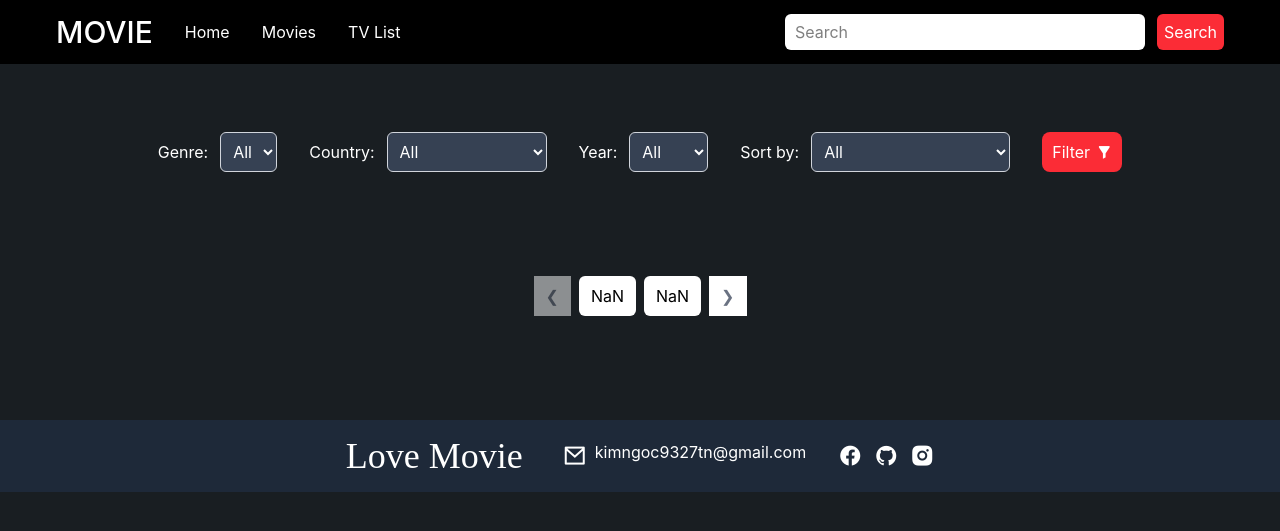
Repository: kimngoc9327/Love_Movie_Project
Page: /movieCategory
The author's editor kept a copy of each file at every save. The page is drawn from the files as they stood at one save, then again after the next save.
The browser window is 1280 px wide. The pictures show the whole page.
The page's requests for data from a server got no answer. The project was rebuilt for these pictures with package versions that can differ from the ones it lists, and the page was loaded fresh each time. No one was signed in, and anything a server would have sent is missing. Also part of the build but not shown: vite.config.js, src/components/ui/VoteAverage.jsx, src/components/ui/MovieCard.jsx, src/components/ui/MovieList.jsx, src/components/ui/Banner.jsx, src/pages/Home.jsx, src/components/ui/PlayTrailerButton.jsx, src/utils/formatTime.jsx and 8 more.

Above is the page before, as saved 2025-03-30 00:11:00.

### index.html
<!DOCTYPE html>
<html lang="en">
  <head>
    <meta charset="UTF-8" />
    <link rel="icon" type="image/svg+xml" href="/love-movie-logo.ico" />
    <meta name="viewport" content="width=device-width, initial-scale=1.0" />
    <title>Love Movie</title>
  </head>
  <body>
    <div id="root"></div>
    <script type="module" src="/src/main.jsx"></script>
  </body>
</html>

### src/main.jsx
import { createRoot } from "react-dom/client";
import "./index.css";
import App from "./App.jsx";
import { store } from "./redux/store";
import { Provider } from "react-redux";
import { BrowserRouter } from "react-router-dom";
import ScrollToTop from "./components/ScrollToTop.jsx";

createRoot(document.getElementById("root")).render(
  <BrowserRouter>
    <ScrollToTop />
    <Provider store={store}>
      <App />
    </Provider>
  </BrowserRouter>
);

### src/index.css
@import "tailwindcss";
@import "remixicon/fonts/remixicon.css";

:root {
  font-family: Inter, system-ui, Avenir, Helvetica, Arial, sans-serif;
  background-color: #171c20fc;
}

/* a {
  font-weight: 500;
  color: #646cff;
  text-decoration: inherit;
}
a:hover {
  color: #535bf2;
}

body {
  margin: 0;
  display: flex;
  place-items: center;
  min-width: 320px;
  min-height: 100vh;
}

h1 {
  font-size: 3.2em;
  line-height: 1.1;
}

button {
  border-radius: 8px;
  border: 1px solid transparent;
  padding: 0.6em 1.2em;
  font-size: 1em;
  font-weight: 500;
  font-family: inherit;
  background-color: #1a1a1a;
  cursor: pointer;
  transition: border-color 0.25s;
}
button:hover {
  border-color: #646cff;
}
button:focus,
button:focus-visible {
  outline: 4px auto -webkit-focus-ring-color;
}

@media (prefers-color-scheme: light) {
  :root {
    color: #213547;
    background-color: #ffffff;
  }
  a:hover {
    color: #747bff;
  }
  button {
    background-color: #f9f9f9;
  }
} */

### src/App.jsx
import { Route, Routes } from "react-router-dom";
import publicRoutes from "./routes";
import DefaultLayout from "./components/layout/DefaultLayout";
import { Fragment } from "react";
function App() {
  return (
    <>
      <Routes>
        {publicRoutes.map((route, index) => {
          const Page = route.component;
          let Layout = DefaultLayout;
          if (route.layout) {
            Layout = route.layout;
          } else if (route.layout === null) {
            Layout = Fragment;
          }
          return (
            <Route
              key={index}
              path={route.path}
              element={
                <Layout>
                  <Page />
                </Layout>
              }
            />
          );
        })}
      </Routes>
    </>
  );
}

export default App;

### src/redux/store.jsx
import { createStore, applyMiddleware } from "redux";
import { rootReducer } from "./rootReducer";
import { thunk } from "redux-thunk";

const store = createStore(rootReducer, applyMiddleware(thunk));

export { store };

### src/components/ScrollToTop.jsx
import { useEffect } from "react";
import { useLocation } from "react-router-dom";

const ScrollToTop = () => {
  const { pathname, search } = useLocation(); // Lắng nghe cả pathname và search

  useEffect(() => {
    window.scrollTo({ top: 0, left: 0, behavior: "smooth" });
  }, [pathname, search]); // Khi pathname hoặc search thay đổi, cuộn lên đầu

  return null;
};

export default ScrollToTop;

### src/routes/index.jsx
import DefaultLayout from "../components/layout/DefaultLayout";
import Home from "../pages/Home";
import MovieCategory from "../pages/MovieCategory";
import Movie from "../pages/Movie";
import MovieGenre from "../pages/MovieGenre";
import SearchMovie from "../pages/SearchMovie";
// import SearchMovie from "../pages/SearchMovie";

const publicRoutes = [
  { path: "/", component: Home, layout: DefaultLayout },
  { path: "/genre", component: MovieGenre, layout: DefaultLayout },
  { path: "/movieCategory", component: MovieCategory, layout: DefaultLayout },
  { path: "/movie", component: Movie, layout: DefaultLayout },
  { path: "/search", component: SearchMovie, layout: DefaultLayout },
];

export default publicRoutes;

### src/components/layout/DefaultLayout.jsx
import Header from "./Header";
import Footer from "./Footer";
import PropTypes from "prop-types";

function DefaultLayout({ children }) {
  return (
    <div>
      <Header />
      <div>{children}</div>
      <Footer />
    </div>
  );
}

DefaultLayout.propTypes = {
  children: PropTypes.any,
};

export default DefaultLayout;

### src/redux/rootReducer.jsx
import { combineReducers } from "redux";
import movieReducer from "./reducer/movieReducer";

export const rootReducer = combineReducers({
  movieReducer,
});

### src/pages/MovieCategory.jsx
import { useEffect, useState } from "react";
import { useDispatch, useSelector } from "react-redux";
import { useLocation, useNavigate } from "react-router-dom";
import { getMovies } from "../redux/actions/movieActions";
import MovieCard from "../components/ui/MovieCard";
import { POSTER_PATH } from "../constants/constants";
import PaginationButton from "../components/ui/PaginationButton";
import MovieFilterBar from "../components/ui/MovieFilterBar";
import Notice from "../components/ui/Notice";

function MovieCategory() {
  const dispatch = useDispatch();
  const location = useLocation();
  const navigate = useNavigate();
  const queryParams = new URLSearchParams(location.search);
  const category = queryParams.get("category");
  const movies = useSelector((state) => state.movieReducer.movies[category]);
  const [page, setPage] = useState(1);

  useEffect(() => {
    if (category) {
      const params = {
        page: page,
      };
      dispatch(getMovies(category, params));
    }
  }, [dispatch, category, page]);

  const totalPages = movies?.total_pages;

  const handleSelectMovie = (id) => {
    navigate(`/movie?id=${id}`);
  };

  return (
    <div>
      <Notice />
      <div className="flex flex-col items-center m-24">
        <MovieFilterBar />
        <div className="grid grid-cols-4 gap-8  my-12">
          {movies?.results
            ?.filter((movie) => movie.title && movie.poster_path)
            .map((movie) => (
              <div onClick={() => handleSelectMovie(movie?.id)} key={movie.id}>
                <MovieCard
                  title={movie?.title}
                  poster={POSTER_PATH + movie?.poster_path}
                  vote={Number(movie?.vote_average.toFixed(2))}
                />
              </div>
            ))}
        </div>
        <PaginationButton
          currentPage={page}
          onPageChange={setPage}
          totalPages={totalPages}
        />
      </div>
    </div>
  );
}

export default MovieCategory;

### src/components/layout/Header.jsx
import { Link } from "react-router-dom";
import MovieDropdown from "../ui/MovieDropdown";
import SearchInput from "../ui/SearchInput";

const Header = () => {
  return (
    <div className="flex fixed z-50 w-screen top-0 items-center text-white p-[24px] h-[64px] bg-black">
      <div className="flex space-x-8 items-center ml-8">
        <Link to="/">
          <p className="hover:text-red-500 font-medium text-3xl">MOVIE</p>
        </Link>
        <Link to="/">
          <p className="hover:text-red-500 text-base">Home</p>
        </Link>
        <MovieDropdown />
        <p className="hover:text-red-500  text-base">TV List</p>
      </div>
      <SearchInput />
    </div>
  );
};

export default Header;

### src/components/layout/Footer.jsx
function Footer() {
  return (
    <div className="flex space-x-10 mt-12 p-4 items-center justify-center text-white bg-gray-800">
      <p className="font-[fantasy] text-4xl ">Love Movie</p>
      <div className="flex space-x-8">
        <div className="space-y-3">
          <div className="flex space-x-2">
            <i className="ri-mail-line text-2xl"></i>{" "}
            <p>kimngoc9327tn@gmail.com</p>
          </div>
        </div>
        <div className="flex space-x-3">
          <i className="ri-facebook-circle-fill  text-2xl"></i>
          <i className="ri-github-fill  text-2xl"></i>
          <i className="ri-instagram-fill  text-2xl"></i>
        </div>
      </div>
    </div>
  );
}

export default Footer;

### src/redux/reducer/movieReducer.jsx
import {
  GET_GENRE_MOVIE,
  GET_MOVIE,
  GET_MOVIE_COLLECTION,
  GET_MOVIE_DISCOVER,
  GET_MOVIES,
  GET_RECOMMENDATIONS,
  SEARCH_MOVIE,
} from "../types";

const initialState = {
  movies: {},
  genres: {},
  search: {},
  recommendations: {},
  collection: null,
  currentMovie: null,
};

const movieReducer = (state = initialState, action) => {
  switch (action.type) {
    case GET_MOVIES:
      return {
        ...state,
        movies: { ...state.movies, [action.category]: action.payload },
      };
    case GET_MOVIE_DISCOVER:
      return { ...state, movies: action.payload };
    case GET_MOVIE_COLLECTION:
      return { ...state, collection: action.payload };
    case GET_GENRE_MOVIE:
      return { ...state, genres: action.payload };
    case GET_RECOMMENDATIONS:
      return { ...state, recommendations: action.payload };
    case SEARCH_MOVIE:
      return { ...state, search: action.payload };
    case GET_MOVIE:
      return { ...state, currentMovie: action.payload };
    default:
      return state;
  }
};

export default movieReducer;

### src/redux/actions/movieActions.jsx
import axios from "axios";
import {
  GET_MOVIES,
  GET_MOVIE,
  GET_MOVIE_DISCOVER,
  GET_GENRE_MOVIE,
  GET_MOVIE_COLLECTION,
  SEARCH_MOVIE,
  GET_RECOMMENDATIONS,
} from "../types";
import { AUTH_TOKEN, BASE_URL } from "../../constants/constants";

const getMovies =
  (category, params = {}) =>
  async (dispatch) => {
    try {
      const response = await axios.get(`${BASE_URL}/movie/${category}`, {
        headers: {
          Authorization: `Bearer ${AUTH_TOKEN}`,
        },
        params: {
          ...params,
        },
      });

      dispatch({ type: GET_MOVIES, payload: response.data, category });
    } catch (error) {
      console.error(error);
    }
  };

const getMovieDiscover =
  (params = {}) =>
  async (dispatch) => {
    try {
      const response = await axios.get(`${BASE_URL}/discover/movie`, {
        headers: {
          Authorization: `Bearer ${import.meta.env.VITE_API_TOKEN}`,
        },
        params: {
          ...params,
        },
      });

      dispatch({ type: GET_MOVIE_DISCOVER, payload: response.data });
    } catch (error) {
      console.log(error);
    }
  };

const getGenreMovie = () => async (dispatch) => {
  try {
    const response = await axios.get(`${BASE_URL}/genre/movie/list`, {
      headers: {
        Authorization: `Bearer ${AUTH_TOKEN}`,
      },
    });

    dispatch({ type: GET_GENRE_MOVIE, payload: response.data });
  } catch (error) {
    console.log(error);
  }
};

const getMovieCollection = (id) => async (dispatch) => {
  try {
    const response = await axios.get(`${BASE_URL}/collection/${id}`, {
      headers: {
        Authorization: `Bearer ${AUTH_TOKEN}`,
      },
    });
    dispatch({ type: GET_MOVIE_COLLECTION, payload: response.data });
  } catch (error) {
    console.log(error);
  }
};

const getRecommendations = (id) => async (dispatch) => {
  try {
    const response = await axios.get(
      `${BASE_URL}/movie/${id}/recommendations`,
      {
        headers: {
          Authorization: `Bearer ${AUTH_TOKEN}`,
        },
      }
    );
    dispatch({ type: GET_RECOMMENDATIONS, payload: response.data });
  } catch (error) {
    console.log(error);
  }
};

const searchMovie =
  (params = {}) =>
  async (dispatch) => {
    try {
      const response = await axios.get(`${BASE_URL}/search/movie`, {
        headers: {
          Authorization: `Bearer ${AUTH_TOKEN}`,
        },
        params: {
          ...params,
        },
      });

      dispatch({ type: SEARCH_MOVIE, payload: response.data });
    } catch (error) {
      console.log(error);
    }
  };

const getMovie = (id) => async (dispatch) => {
  try {
    const response = await axios.get(`${BASE_URL}/movie/${id}`, {
      headers: {
        Authorization: `Bearer ${AUTH_TOKEN}`,
      },
      params: {
        append_to_response: "videos,translations,casts",
        language: "en-US",
      },
    });

    dispatch({ type: GET_MOVIE, payload: response.data });
  } catch (error) {
    console.log(error);
  }
};

export {
  getMovies,
  getMovie,
  getMovieDiscover,
  getGenreMovie,
  getMovieCollection,
  getRecommendations,
  searchMovie,
};

### src/constants/constants.jsx
export const API_KEY = import.meta.env.VITE_API_KEY;
export const AUTH_TOKEN = import.meta.env.VITE_API_TOKEN;
export const DEFAULT_IMAGE =
  "https://www.themoviedb.org/assets/2/v4/glyphicons/basic/glyphicons-basic-38-picture-grey-c2ebdbb057f2a7614185931650f8cee23fa137b93812ccb132b9df511df1cfac.svg";
export const POSTER_PATH = `https://image.tmdb.org/t/p/w500`;
export const BACKDROP_PATH = `https://image.tmdb.org/t/p/original`;
export const BASE_URL = `https://api.themoviedb.org/3`;

### src/components/ui/PaginationButton.jsx
import PropTypes from "prop-types";

const PaginationButton = ({ currentPage, totalPages, onPageChange }) => {
  const getPageNumbers = () => {
    const pages = [];
    const maxPages = Math.min(totalPages, 500);

    if (maxPages <= 6) {
      for (let i = 1; i <= maxPages; i++) pages.push(i);
    } else {
      if (currentPage > 1) pages.push(1, "...");

      if (currentPage < maxPages - 1) {
        pages.push(currentPage);
        if (currentPage + 1 <= maxPages) pages.push(currentPage + 1);
        if (currentPage + 2 <= maxPages) pages.push(currentPage + 2);
      }

      if (currentPage < maxPages - 2) pages.push("...");

      pages.push(maxPages - 1, maxPages);
    }

    return pages;
  };

  return (
    <div className="flex items-center space-x-2 rounded-md px-4 py-2">
      <button
        className={`px-3 py-2 bg-white text-gray-500 hover:cursor-pointer ${
          currentPage === 1
            ? "opacity-50 cursor-not-allowed"
            : "hover:bg-gray-200"
        }`}
        disabled={currentPage === 1}
        onClick={() => onPageChange(currentPage - 1)}
      >
        ❮
      </button>

      {getPageNumbers().map((page, index) =>
        page === "..." ? (
          <span key={index} className="px-3 py-2 text-gray-500 ">
            ...
          </span>
        ) : (
          <button
            key={index}
            className={`px-3 py-2 bg-white rounded-md hover:cursor-pointer ${
              currentPage === page
                ? "!bg-indigo-600 text-white"
                : "hover:bg-gray-200"
            }`}
            onClick={() => onPageChange(page)}
          >
            {page}
          </button>
        )
      )}

      <button
        className={`px-3 py-2 bg-white text-gray-500 hover:cursor-pointer ${
          currentPage === totalPages
            ? "opacity-50 cursor-not-allowed"
            : "hover:bg-gray-200"
        }`}
        disabled={currentPage === totalPages}
        onClick={() => onPageChange(currentPage + 1)}
      >
        ❯
      </button>
    </div>
  );
};

PaginationButton.propTypes = {
  currentPage: PropTypes.any,
  onPageChange: PropTypes.any,
  totalPages: PropTypes.any,
};

export default PaginationButton;

### src/components/ui/MovieFilterBar.jsx
import { useEffect, useState } from "react";
import { useDispatch, useSelector } from "react-redux";
import { getGenreMovie } from "../../redux/actions/movieActions";
import { useNavigate } from "react-router-dom";

function MovieFilterBar() {
  const countries = [
    {
      name: "Vietnam",
      iso_3166_1: "VN",
    },
    {
      name: "South Korea",
      iso_3166_1: "KR",
    },
    {
      name: "China",
      iso_3166_1: "CN",
    },
    {
      name: "Japan",
      iso_3166_1: "JP",
    },
    {
      name: "Taiwan",
      iso_3166_1: "TW",
    },
    {
      name: "Hong Kong",
      iso_3166_1: "HK",
    },
    {
      name: "Thailand",
      iso_3166_1: "TH",
    },
    {
      name: "Indonesia",
      iso_3166_1: "ID",
    },
    {
      name: "United Kingdom",
      iso_3166_1: "GB",
    },
    {
      name: "United States",
      iso_3166_1: "US",
    },
    {
      name: "France",
      iso_3166_1: "FR",
    },
    {
      name: "India",
      iso_3166_1: "IN",
    },
  ];

  const sort_by = [
    { type: "popularity.asc", name: "Least Popular" },
    { type: "popularity.desc", name: "Most Popular" },
    { type: "primary_release_date.asc", name: "Oldest Release Date" },
    { type: "primary_release_date.desc", name: "Newest Release Date" },
    { type: "title.asc", name: "Title (A-Z)" },
    { type: "title.desc", name: "Title (Z-A)" },
    { type: "vote_average.asc", name: "Lowest Rating" },
    { type: "vote_average.desc", name: "Highest Rating" },
    { type: "vote_count.asc", name: "Fewest Votes" },
    { type: "vote_count.desc", name: "Most Votes" },
  ];

  const startYear = 1975;
  const endYear = 2025;
  const years = Array.from(
    { length: endYear - startYear + 1 },
    (_, i) => startYear + i
  );

  const dispatch = useDispatch();
  const navigate = useNavigate();
  const genres = useSelector((state) => state.movieReducer.genres);
  const [selectedGenre, setSelectedGenre] = useState("");
  const [selectedCountry, setSelectedCountry] = useState("");
  const [selectedYear, setSelectedYear] = useState("");
  const [selectedSortBy, setSelectedSortBy] = useState("");

  useEffect(() => {
    dispatch(getGenreMovie());
  }, [dispatch]);

  const handleFilter = () => {
    const params = new URLSearchParams();

    if (selectedGenre) params.append("with_genres", selectedGenre);
    if (selectedCountry) params.append("with_origin_country", selectedCountry);
    if (selectedYear) params.append("year", selectedYear);
    if (selectedSortBy) params.append("sort_by", selectedSortBy);

    navigate(`?${params.toString()}`);
  };
  return (
    <form className="flex space-x-8 justify-center text-white w-full">
      <div className="flex space-x-3 items-center">
        <label>Genre:</label>
        <select
          onChange={(e) => setSelectedGenre(e.target.value)}
          className="border bg-gray-700 border-gray-300 rounded-md p-2"
        >
          <option className="bg-black" value="">
            All
          </option>
          {genres?.genres?.map((genre, index) => (
            <option className="bg-black" key={index} value={genre.id}>
              {" "}
              {genre.name}{" "}
            </option>
          ))}
        </select>
      </div>

      <div className="flex space-x-3 items-center">
        <label>Country:</label>
        <select
          onChange={(e) => setSelectedCountry(e.target.value)}
          className="border bg-gray-700 border-gray-300 rounded-md p-2"
        >
          <option className="bg-black" value="">
            All
          </option>
          {countries.map((country, index) => (
            <option className="bg-black" key={index} value={country.iso_3166_1}>
              {country.name}
            </option>
          ))}
        </select>
      </div>

      <div className="flex space-x-3 items-center">
        <label htmlFor="">Year:</label>
        <select
          onChange={(e) => setSelectedYear(e.target.value)}
          className="border bg-gray-700 border-gray-300 rounded-md p-2"
        >
          <option className="bg-black" value="All">
            All
          </option>
          {years.map((year, index) => (
            <option className="bg-black" key={index} value={year}>
              {year}
            </option>
          ))}
        </select>
      </div>

      <div className="flex space-x-3 items-center">
        <label>Sort by:</label>
        <select
          onChange={(e) => setSelectedSortBy(e.target.value)}
          className="border bg-gray-700 border-gray-300 rounded-md p-2"
        >
          <option className="bg-black" value="All">
            All
          </option>
          {sort_by.map((sort, index) => (
            <option className="bg-black" key={index} value={sort.type}>
              {sort.name}
            </option>
          ))}
        </select>
      </div>

      <div
        onClick={handleFilter}
        className="flex space-x-1.5 items-center justify-center !px-3 bg-red-500 w-20 rounded-lg hover:cursor-pointer"
      >
        <p>Filter</p> <i className="ri-filter-2-fill"></i>
      </div>
    </form>
  );
}

export default MovieFilterBar;

### src/components/ui/Notice.jsx
function Notice() {
  return (
    <div className="bg-[#202533] p-2">
      <p className="text-amber-500 text-center text-sm">
        IF THE CONTENT CANNOT BE LOADED, PLEASE PRESS F5 OR RELOAD THE PAGE ONCE
        OR TWICE.
      </p>
    </div>
  );
}

export default Notice;

### src/components/ui/MovieDropdown.jsx
import { Menu, MenuButton, MenuItem, MenuItems } from "@headlessui/react";
import { useEffect, useState } from "react";
import { useDispatch, useSelector } from "react-redux";
import {
  getGenreMovie,
  getMovieDiscover,
} from "../../redux/actions/movieActions";
import { useNavigate } from "react-router-dom";

function MovieDropdown() {
  const [isOpen, setIsOpen] = useState(false);
  const dispatch = useDispatch();
  const navigate = useNavigate();
  const genres = useSelector((state) => state.movieReducer.genres);

  useEffect(() => {
    dispatch(getGenreMovie());
  }, [dispatch]);

  const handleGenreSelect = (genreId) => {
    dispatch(getMovieDiscover(genreId));
    navigate(`/genre?genre=${genreId}`);
    setIsOpen(false);
  };

  return (
    <div className="relative" onMouseUp={() => setIsOpen(true)}>
      <Menu>
        <MenuButton className="hover:text-red-500 text-base">Movies</MenuButton>
        {isOpen && (
          <MenuItems className="grid grid-cols-3 gap-4 absolute left-0 mt-2 w-150 p-2 origin-top-right rounded-md bg-black ring-1 z-40 focus:outline-none">
            {genres?.genres?.map((genre, index) => (
              <MenuItem
                id={genre.id}
                key={index}
                as="div"
                className="px-4 py-2 text-white hover:bg-gray-700 cursor-pointer"
                onClick={() => handleGenreSelect(genre.id)}
              >
                {genre.name}
              </MenuItem>
            ))}
          </MenuItems>
        )}
      </Menu>
    </div>
  );
}

export default MovieDropdown;

### src/components/ui/SearchInput.jsx
import { useEffect, useState, useRef } from "react";
import { useLocation, useNavigate } from "react-router-dom";
import { AUTH_TOKEN, BASE_URL, POSTER_PATH } from "../../constants/constants";
import axios from "axios";

function SearchInput() {
  const navigate = useNavigate();
  const location = useLocation();
  const [query, setQuery] = useState("");
  const [showResults, setShowResults] = useState(false);

  const resultsRef = useRef(null);

  const [suggestions, setSuggestions] = useState([]); // Thêm state cục bộ để lưu kết quả gợi ý

  useEffect(() => {
    if (query.trim() === "") {
      setSuggestions([]);
      return;
    }

    const timer = setTimeout(async () => {
      try {
        const response = await axios.get(`${BASE_URL}/search/movie`, {
          headers: {
            Authorization: `Bearer ${AUTH_TOKEN}`,
          },
          params: {
            query: query,
            include_adult: false,
            language: "en-US",
            page: 1,
          },
        });

        setSuggestions(response.data);
        setShowResults(true);
      } catch (error) {
        console.error("Lỗi khi tìm kiếm phim:", error);
        setSuggestions([]);
      }
    }, 500);

    return () => clearTimeout(timer);
  }, [query]);

  useEffect(() => {
    setShowResults(false);
  }, [location.pathname, location.search]);

  useEffect(() => {
    function handleClickOutside(event) {
      if (resultsRef.current && !resultsRef.current.contains(event.target)) {
        setShowResults(false);
      }
    }

    document.addEventListener("mousedown", handleClickOutside);
    return () => document.removeEventListener("mousedown", handleClickOutside);
  }, []);

  const handleSearch = (e) => {
    e.preventDefault();
    navigate(`/search?query=${query}`);
  };

  const handleSelectMovie = (id) => {
    navigate(`/movie?id=${id}`);
    setShowResults(false);
    setQuery("");
  };

  return (
    <>
      <form
        onSubmit={handleSearch}
        className="ml-auto mr-8 flex items-center space-x-3 relative"
      >
        <input
          className="h-[36px] w-90 text-black pl-[10px] bg-white rounded-md"
          placeholder="Search"
          value={query || ""}
          onChange={(e) => setQuery(e.target.value)}
        />
        <button
          type="submit"
          className="bg-red-500 px-[7px] h-[36px] text-center rounded-md"
        >
          Search
        </button>

        {showResults && suggestions?.results?.length > 0 && (
          <div
            ref={resultsRef}
            className="absolute w-90 top-14 bg-black text-white mt-2 rounded-md shadow-lg p-2"
          >
            {suggestions?.results?.slice(0, 8).map((movie, index) => (
              <div
                onClick={() => handleSelectMovie(movie?.id)}
                key={index}
                className="p-2 cursor-pointer hover:bg-gray-800 flex space-x-4 items-center"
              >
                <img
                  src={POSTER_PATH + movie.poster_path}
                  className="object-cover w-10 h-10"
                />
                <span className="text-gray-300">{movie.title}</span>
              </div>
            ))}
          </div>
        )}
      </form>
    </>
  );
}

export default SearchInput;

### src/redux/types.jsx
export const GET_MOVIES = "GET_MOVIES";
export const GET_MOVIE = "GET_MOVIE";
export const GET_GENRE_MOVIE = "GET_GENRE_MOVIE";
export const GET_MOVIE_DISCOVER = "GET_MOVIE_DISCOVER";
export const GET_MOVIE_COLLECTION = "GET_MOVIE_COLLECTION";
export const GET_RECOMMENDATIONS = "GET_RECOMMENDATIONS";
export const SEARCH_MOVIE = "SEARCH_MOVIE";

After the next save:
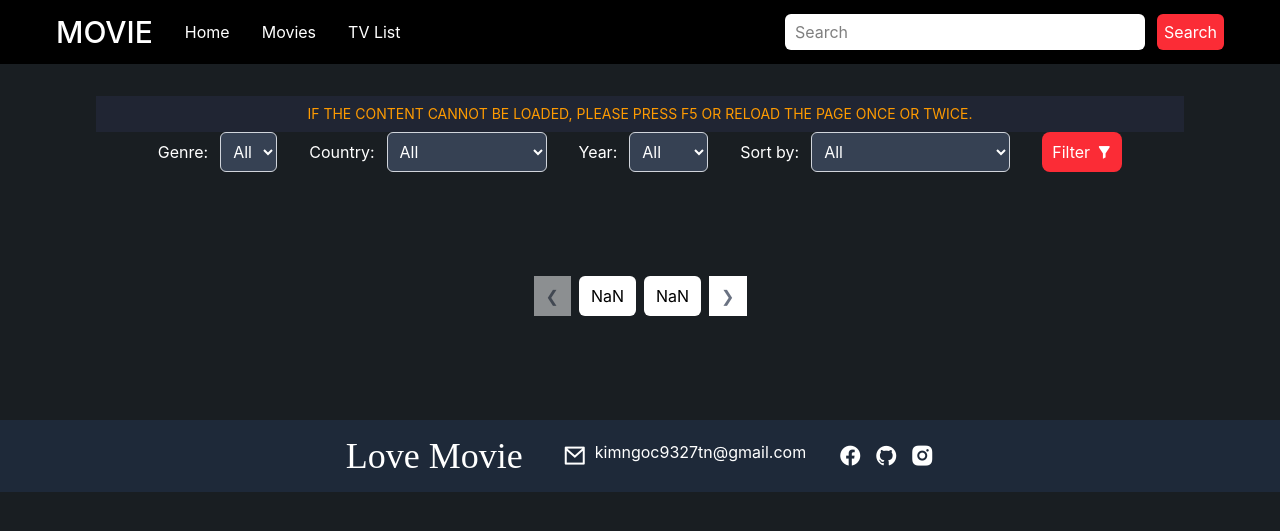
Saved 24 s later.
--- a/src/pages/MovieCategory.jsx
+++ b/src/pages/MovieCategory.jsx
@@ -33,9 +33,9 @@ function MovieCategory() {
   };
 
   return (
-    <div>
+    <div className="m-24">
       <Notice />
-      <div className="flex flex-col items-center m-24">
+      <div className="flex flex-col items-center ">
         <MovieFilterBar />
         <div className="grid grid-cols-4 gap-8  my-12">
           {movies?.results
